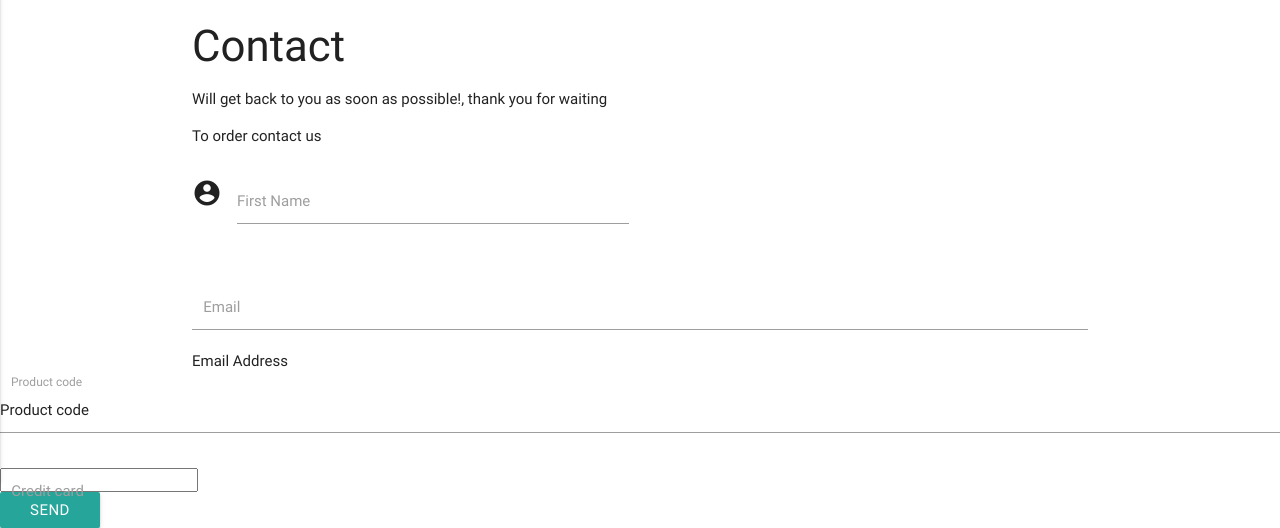
Repository: eazeldon/project-recipes-online-3
Page: http://localhost/contact
The author's editor kept a record of every edit. The page is drawn from the files as they stood at one moment, then again after the next edit.
The browser window is 1280 px wide. The pictures show the part of the page from y = 298 to 826 px (the page is 826 px tall).
Some web libraries are served in a nearby version. The page is served by the project's application, run on Flask 3 (app.py).

Above is the page before.

After the next edit:
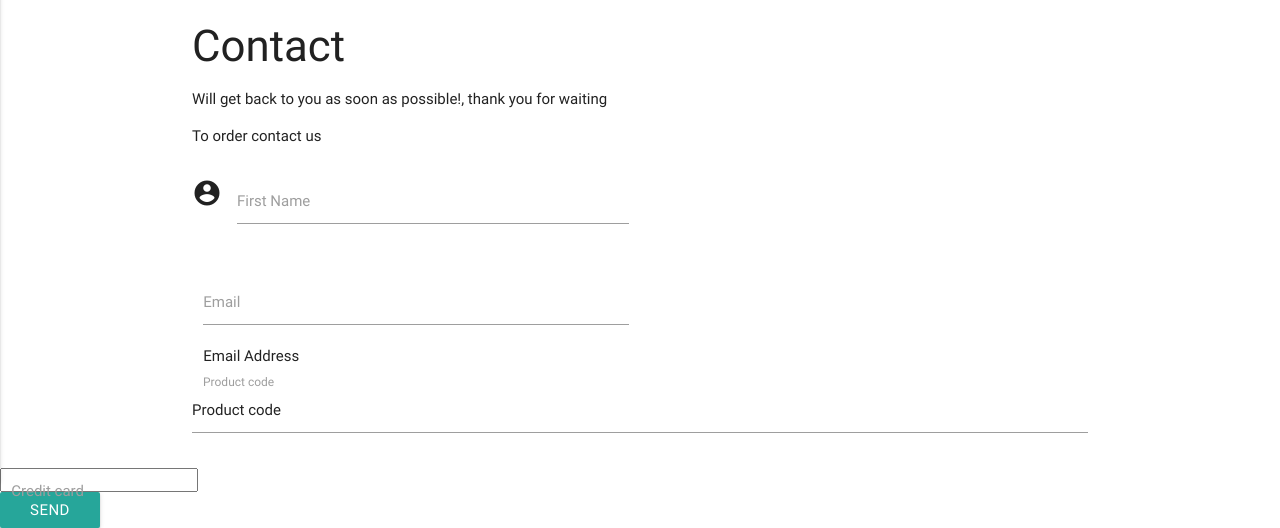
The edit:
--- a/templates/contact.html
+++ b/templates/contact.html
@@ -20,8 +20,7 @@
           <label for="icon_telephone">Telephone</label>
         </div>
 --------->
-      </div>
-    </form>
+
 
 
        <div class="input-field col s6">
